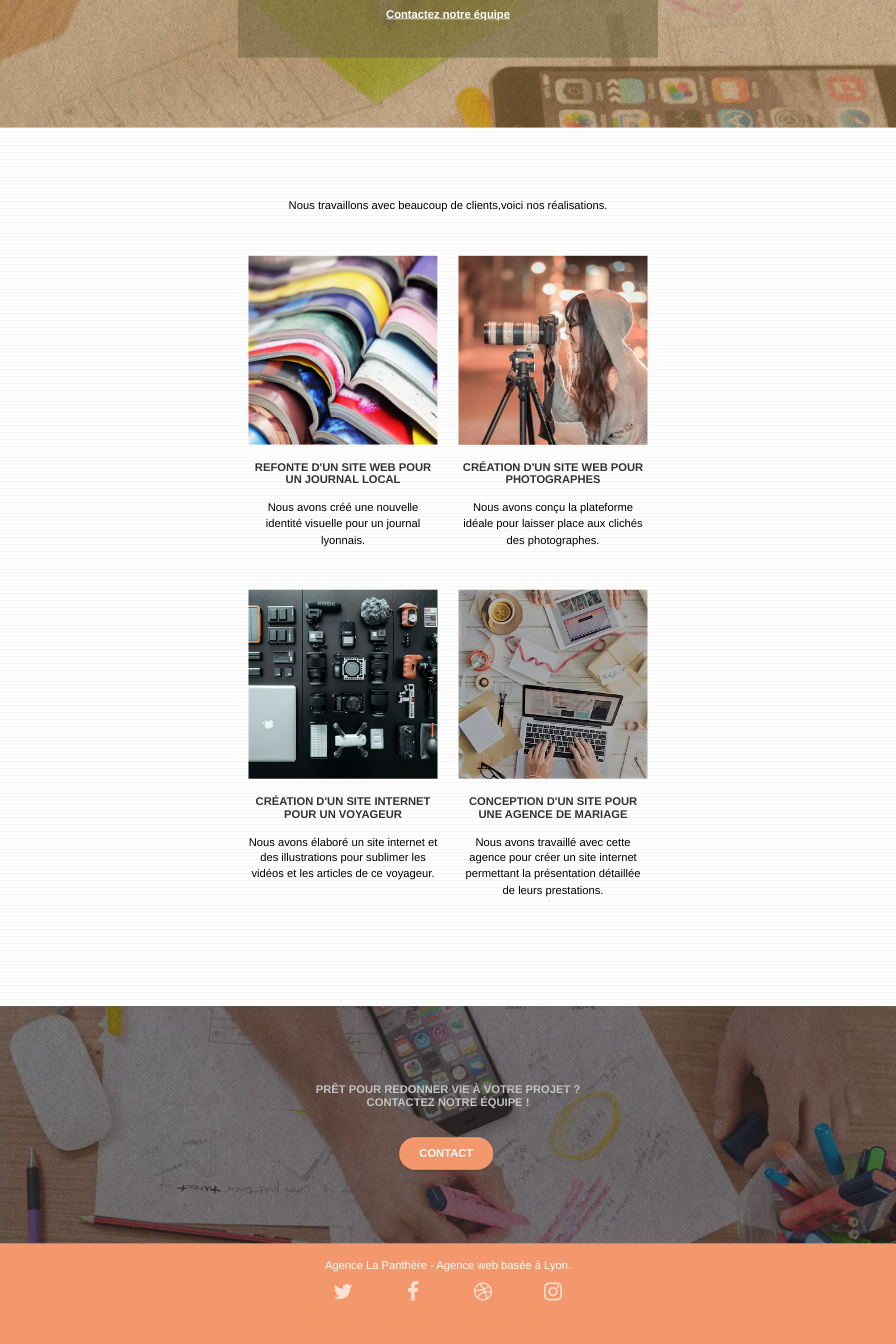
Repository: EtudianteHU/Uyarci_Hilal_4_code_012023
Page: index.html
The author's editor kept a copy of each file at every save. The page is drawn from the files as they stood at one save, then again after the next save.
The browser window is 1280 px wide. The pictures show the part of the page from y = 1569 to 3489 px (the page is 3489 px tall), at 70% of full size.
Backgrounds fixed to the window are drawn as part of the page.

Above is the page before, as saved 2023-02-23 21:27:15.

### index.html
<!DOCTYPE html>
<html lang="fr">
    <head>
        <meta charset="utf-8" />
        <meta name="robots" content="index,follow" />
        <meta
            name="description"
            content="La Panthère,agence web basé à lyon,une entreprise de webdesign"
        />
        <meta
            name="viewport"
            content="width=device-width, initial-scale=1.0, viewport-fit=cover"
        />
        <link rel="shortcut icon" type="image/png" href="favicon.webp" />

        <link rel="stylesheet" type="text/css" href="./css/bootstrap.css" />
        <link rel="stylesheet" type="text/css" href="style.css" />
        <link
            rel="stylesheet"
            type="text/css"
            href="./css/font-awesome.min.css"
        />
        <link rel="stylesheet" type="text/css" href="./css/et-line.css" />

        <script defer src="./js/jquery-2.1.0.js"></script>
        <script defer src="./js/bootstrap.js"></script>
        <script defer src="./js/blocs.js"></script>
        <script defer src="./js/jquery.touchSwipe.js"></script>

        <title>Agence La Panthère,meilleure entreprise à Lyon</title>

        <!-- Analytics -->

        <!-- Analytics END -->
    </head>
    <body>
        <!-- Principal conteneur -->
        <main class="page-container">
            <!-- bloc-0 -->
            <header class="bloc bgc-white l-bloc" id="bloc-0">
                <div class="container bloc-sm">
                    <nav class="navbar row">
                        <div class="navbar-header">
                            <div
                                class="keywords"
                                style="color: #cccccc; font-size: 1px"
                            >
                                Agence web à paris, stratégie web, web design,
                                illustrations, design de site web, site web,
                                web, internet, site internet, site
                            </div>
                            <a class="navbar-brand" href="index.html" title=""
                                ><img src="img/logo.webp" alt="" height="40"
                            /></a>
                            <div
                                class="keywords"
                                style="color: #cccccc; font-size: 1px"
                            >
                                Agence web à paris, stratégie web, web design,
                                illustrations, design de site web, site web,
                                web, internet, site internet, site
                            </div>
                            <button
                                id="nav-toggle"
                                type="button"
                                class="ui-navbar-toggle navbar-toggle"
                                data-toggle="collapse"
                                data-target=".navbar-1"
                                aria-pressed="true"
                            >
                                <span class="sr-only">Toggle navigation</span
                                ><span class="icon-bar"></span
                                ><span class="icon-bar"></span
                                ><span class="icon-bar"></span>
                            </button>
                        </div>
                        <div
                            class="collapse navbar-collapse navbar-1 special-dropdown-nav"
                        >
                            <ul class="site-navigation nav navbar-nav">
                                <li>
                                    <a href="index.html" title="">Accueil</a>
                                </li>
                                <li>
                                    <a href="contact.html" title="">page2</a>
                                </li>
                            </ul>
                        </div>
                    </nav>
                </div>
            </header>
            <!-- bloc-0 END -->

            <!-- bloc-1-presentation -->
            <div
                class="bloc bgc-dark-slate-blue bg-banniere d-bloc bg-t-edge bloc-bg-texture texture-paper b-parallax"
                id="bloc-1-hero"
            >
                <div class="container bloc-lg">
                    <div class="row tight-width-whitespace">
                        <div class="col-sm-12">
                            <img
                                src="img/logo.webp"
                                class="center-block image-resize-mode"
                                width="100"
                                alt="logo de panthere"
                            />
                            <h1 class="text-center hero-bloc-text tc-white">
                                Agence La Panthère
                            </h1>
                            <div class="text-center">
                                <a
                                    href="contact.html"
                                    class="btn btn-lg btn-clean btn-rd cta-hero btn-atomic-tangerine"
                                    id="cta-hero"
                                    title=""
                                    >Contact</a
                                >
                            </div>
                        </div>
                    </div>
                </div>
            </div>
            <!-- bloc-1-presentation END -->

            <!-- bloc-2-services -->
            <div class="bloc bgc-white l-bloc" id="bloc-2-services">
                <div class="container bloc-md">
                    <div class="row">
                        <div class="col-sm-12 text-center">
                            <p>
                                L'agence La Panthère est une agence de web
                                design qui aide les entreprises a devenir
                                attractives et visibles sur Internet.
                            </p>
                        </div>
                    </div>
                    <div class="row voffset-lg med-width-whitespace">
                        <div class="col-sm-4">
                            <div class="text-center">
                                <span
                                    class="et-icon-browser sm-shadow icon-dark-slate-blue icons icon-lg"
                                ></span>
                            </div>
                            <h2 class="mg-md text-center">Web design</h2>
                            <p class="text-center">
                                Que vous ayez un site web qui a besoin d'un
                                rafraîchissement ou que vous partiez de zéro,
                                laissez-nous vous réaliser un design dont vous
                                serez fier.
                            </p>
                        </div>
                        <div class="col-sm-4">
                            <div class="text-center">
                                <span
                                    class="et-icon-presentation sm-shadow icon-dark-slate-blue icons icon-lg"
                                ></span>
                            </div>
                            <h2 class="mg-md text-center">Stratégie</h2>
                            <p class="text-center">
                                Plutôt que de suggérer des designs à la mode,
                                nous travaillerons avec vous pour comprendre vos
                                objectifs commerciaux afin de vous proposer le
                                meilleur design possible.<br />
                            </p>
                        </div>
                        <div class="col-sm-4">
                            <div class="text-center">
                                <span
                                    class="et-icon-edit sm-shadow icon-dark-slate-blue icons icon-lg"
                                ></span>
                            </div>
                            <h2 class="mg-md text-center">Illustrations</h2>
                            <p class="text-center">
                                Un bon design n'est rien sans de bonnes
                                illustrations. Laissez faire notre équipe de
                                graphistes talentueux pour donner à vos pages
                                une touche finale d'élégance.
                            </p>
                        </div>
                    </div>
                    <div class="row voffset-lg voffset">
                        <div
                            class="col-xs-12 col-md-8 col-md-offset-2 text-center"
                        >
                            <p>
                                "L'agence La Panthère est une excellente agence
                                web!Les web designers ont réussi à capturer
                                l'essence de notre entreprise et à intégrer à
                                notre site.Cela nous a aidé à doubler nos ventes
                                en ligne à Lyon." Maxime Guibard,PDG de A vos
                                fourchettes
                            </p>
                        </div>
                    </div>
                </div>
            </div>
            <!-- bloc-2-services END -->

            <!-- bloc-3-what-i-do -->
            <div
                class="bloc tc-white bgc-atomic-tangerine bg-presentation d-bloc bloc-bg-texture texture-paper b-parallax"
                id="bloc-3-what-i-do"
            >
                <div class="container bloc-lg">
                    <div class="row tight-width-whitespace black-background">
                        <div class="col-sm-12">
                            <h3 class="mg-md text-center tc-white">
                                Nous souhaitons aider les entreprises de la
                                région Lyonnaise à se développer et à connaître
                                le succès. Nous travaillons pour aider les
                                entreprises locales à attirer de nouveaux
                                clients .<br />
                            </h3>
                            <p class="text-center white">
                                Nous aimons collaborer avec des entrepreneurs
                                créatifs et des entreprises locale, qu’elles
                                aient besoin de créer un site de A à Z ou de
                                donner un coup de jeune à leur site. Que vous
                                ayez besoin d’une identité visuelle complète ou
                                d’une refonte de votre site, n’hésitez pas à
                                nous contacter. Nous travaillerons ensemble pour
                                créer des sites beau et bien structurés, qui
                                seront facilement trouvable sur les moteurs de
                                recherche. <br /><br /><a
                                    class="ltc-white bold-link"
                                    href="contact.html"
                                    title=""
                                    >Contactez notre équipe</a
                                ><br />
                            </p>
                        </div>
                    </div>
                </div>
            </div>
            <!-- bloc-3-what-i-do END -->

            <!-- bloc-4-portfolio -->
            <div
                class="bloc bgc-white bg-lines-h2-bg bg-repeat l-bloc"
                id="bloc-4-portfolio"
            >
                <div class="container bloc-lg">
                    <div class="row">
                        <div class="col-sm-12 text-center">
                            <p>
                                Nous travaillons avec beaucoup de clients,voici
                                nos réalisations.
                            </p>
                        </div>
                    </div>
                    <div class="row tight-width-whitespace portfolio-row">
                        <div class="col-sm-6">
                            <a
                                href="#"
                                data-lightbox="img/1.webp"
                                data-gallery-id="gallery-1"
                                data-caption="Refonte d'un site web pour un journal local"
                                data-frame="snapshot-lb"
                                title="Un journal"
                                ><img
                                    src="img/1.webp"
                                    alt="Photo de journal"
                                    class="img-responsive portfolio-thumb"
                            /></a>
                            <h3 class="mg-md text-center">
                                Refonte d'un site web pour un journal local
                            </h3>
                            <p class="text-center">
                                Nous avons créé une nouvelle identité visuelle
                                pour un journal lyonnais.
                            </p>
                        </div>
                        <div class="col-sm-6">
                            <a
                                href="#"
                                data-lightbox="img/2.webp"
                                data-gallery-id="gallery-1"
                                data-caption="Création d'un site web pour photographes"
                                data-frame="snapshot-lb"
                                title="un site web pour photographes"
                                ><img
                                    src="img/2.webp"
                                    class="img-responsive portfolio-thumb"
                                    alt="site de photographe"
                            /></a>
                            <h3 class="mg-md text-center">
                                Création d'un site web pour photographes
                            </h3>
                            <p class="text-center">
                                Nous avons conçu la plateforme idéale pour
                                laisser place aux clichés des photographes.
                            </p>
                        </div>
                    </div>
                    <div class="row tight-width-whitespace portfolio-row">
                        <div class="col-sm-6">
                            <a
                                href="#"
                                data-lightbox="img/3.webp"
                                data-gallery-id="gallery-1"
                                data-caption="Création d'un site internet pour un voyageur"
                                data-frame="snapshot-lb"
                                title=""
                                ><img
                                    src="img/3.webp"
                                    class="img-responsive portfolio-thumb"
                                    alt=""
                            /></a>
                            <h3 class="mg-md text-center">
                                Création d'un site internet pour un voyageur
                            </h3>
                            <p class="text-center">
                                Nous avons élaboré un site internet et des
                                illustrations pour sublimer les vidéos et les
                                articles de ce voyageur.
                            </p>
                        </div>
                        <div class="col-sm-6">
                            <a
                                href="#"
                                data-lightbox="img/4.webp"
                                data-gallery-id="gallery-1"
                                data-caption="Conception d'un site pour une agence de mariage"
                                data-frame="snapshot-lb"
                                title=""
                                ><img
                                    src="img/4.webp"
                                    class="img-responsive portfolio-thumb"
                                    alt=""
                            /></a>
                            <h3 class="mg-md text-center">
                                Conception d'un site pour une agence de mariage
                            </h3>
                            <p class="text-center">
                                Nous avons travaillé avec cette agence pour
                                créer un site internet permettant la
                                présentation détaillée de leurs prestations.
                            </p>
                        </div>
                    </div>
                </div>
            </div>
            <!-- bloc-4-portfolio END -->

            <!-- bloc-5-cta -->
            <div
                class="bloc bgc-dark-slate-blue bg-banniere d-bloc bloc-bg-texture texture-paper"
                id="bloc-5-cta"
            >
                <div class="container bloc-lg">
                    <div class="row">
                        <h3 class="mg-md text-center tc-white">
                            Prêt pour redonner vie à votre projet ?<br />Contactez
                            notre équipe !
                        </h3>
                        <div class="col-sm-12 text-center">
                            <a
                                href="contact.html"
                                class="btn btn-atomic-tangerine btn-clean btn-rd btn-lg cta-hero"
                                title=""
                                >Contact</a
                            >
                        </div>
                    </div>
                </div>
            </div>
            <!-- bloc-5-cta END -->

            <!-- Footer - bloc-8 -->
            <footer class="bloc bgc-atomic-tangerine d-bloc" id="bloc-8">
                <div class="container bloc-sm">
                    <div class="row">
                        <div class="col-sm-12">
                            <p class="text-center white">
                                Agence La Panthère - Agence web basée à Lyon.<br />
                            </p>
                            <div class="row row-no-gutters social">
                                <div class="col-sm-3">
                                    <div class="text-center">
                                        <span
                                            class="fa fa-twitter icon-md"
                                        ></span>
                                    </div>
                                </div>
                                <div class="col-sm-3">
                                    <div class="text-center">
                                        <span
                                            class="fa fa-facebook icon-md"
                                        ></span>
                                    </div>
                                </div>
                                <div class="col-sm-3">
                                    <div class="text-center">
                                        <span
                                            class="fa fa-dribbble icon-md"
                                        ></span>
                                    </div>
                                </div>
                                <div class="col-sm-3">
                                    <div class="text-center">
                                        <span
                                            class="fa fa-instagram icon-md"
                                        ></span>
                                    </div>
                                </div>
                                <div class="keywords" style="color: #f3976c">
                                    Agence web à paris, stratégie web, web
                                    design, illustrations, design de site web,
                                    site web, web, internet, site internet, site
                                </div>
                            </div>
                        </div>
                    </div>
                </div>
            </footer>
            <!-- Footer - bloc-8 END -->
        </main>
        <!-- Principal conteneur END -->
    </body>
</html>

Loaded but not shown: css/bootstrap.css (library); css/font-awesome.min.css (library); js/jquery-2.1.0.js (library); js/bootstrap.js (library); js/blocs.js (library); js/jquery.touchSwipe.js (library); style.css (903 lines, source omitted); css/et-line.css (519 lines, source omitted)

After the next save:
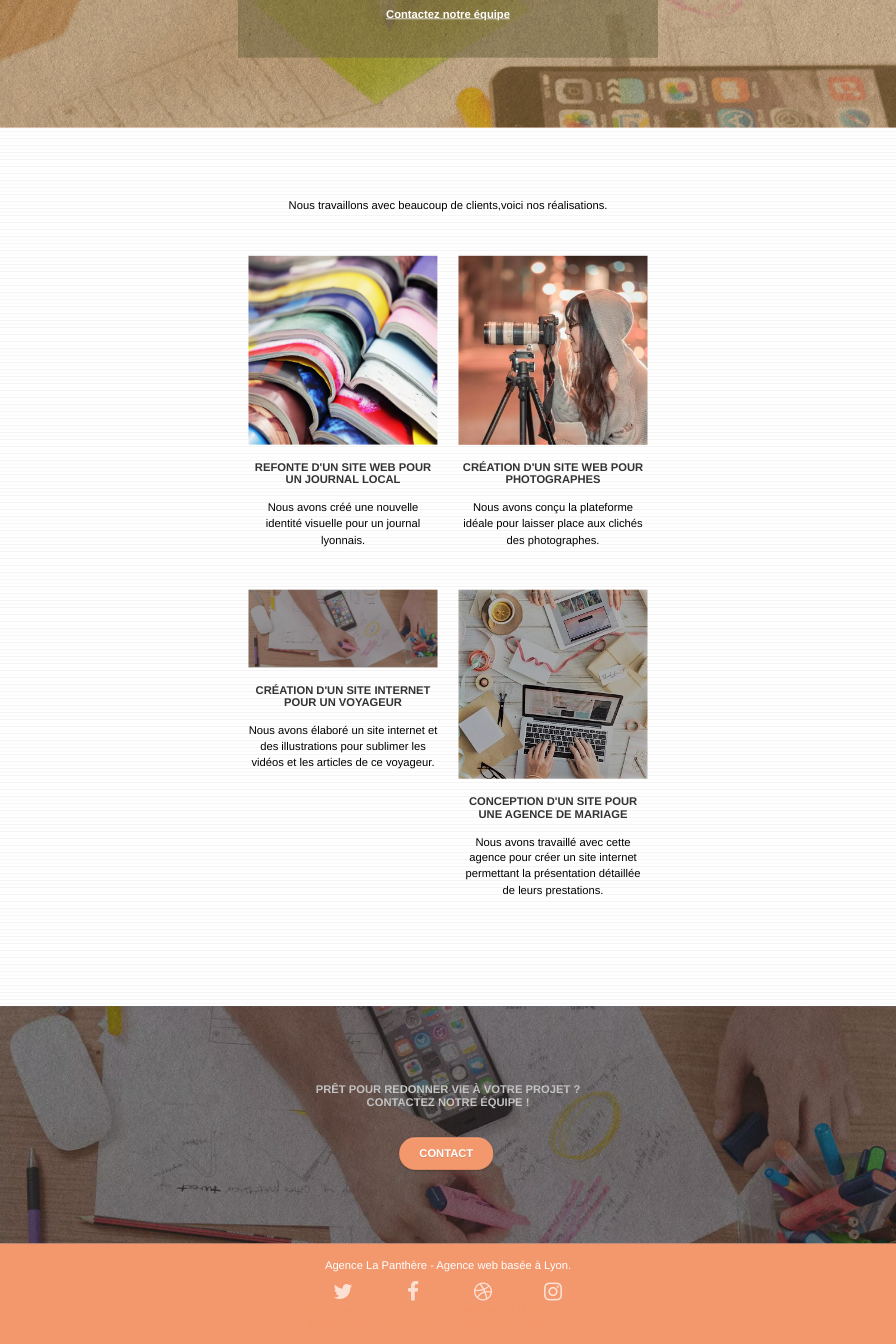
Saved 2 min 22 s later.
--- a/index.html
+++ b/index.html
@@ -303,7 +303,7 @@
                                 data-frame="snapshot-lb"
                                 title=""
                                 ><img
-                                    src="img/3.webp"
+                                    src="img/agence-la-panthere.webp"
                                     class="img-responsive portfolio-thumb"
                                     alt=""
                             /></a>
